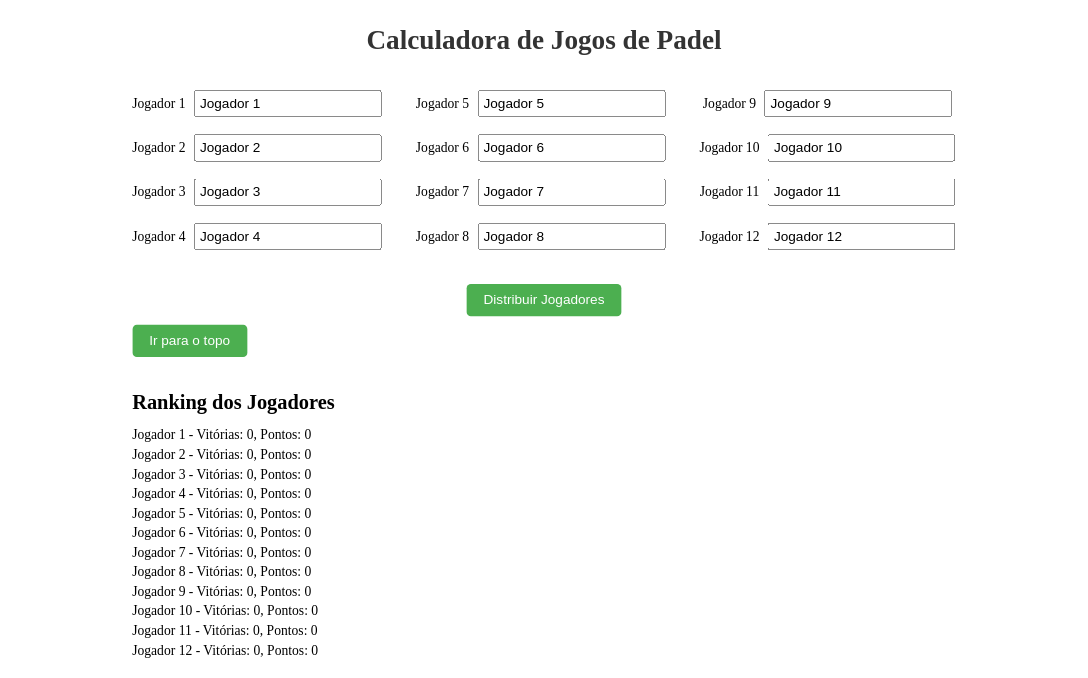
Repository: MarcioMiguel22/PadelMaster
Page: /calculadora
These files come from the project's save history. The page is drawn as it stood at one moment and after the next save; the edit follows.
The browser window is 1280 px wide. The pictures show the whole page, at 85% of full size.
The project was rebuilt for these pictures with package versions that can differ from the ones it lists, and the page was loaded fresh each time. Also part of the build but not shown: vite.config.ts, src/pages/Home/Home.tsx, src/index.css.

Above is the page before, as saved 2024-06-14 09:55:34.

After the next save:
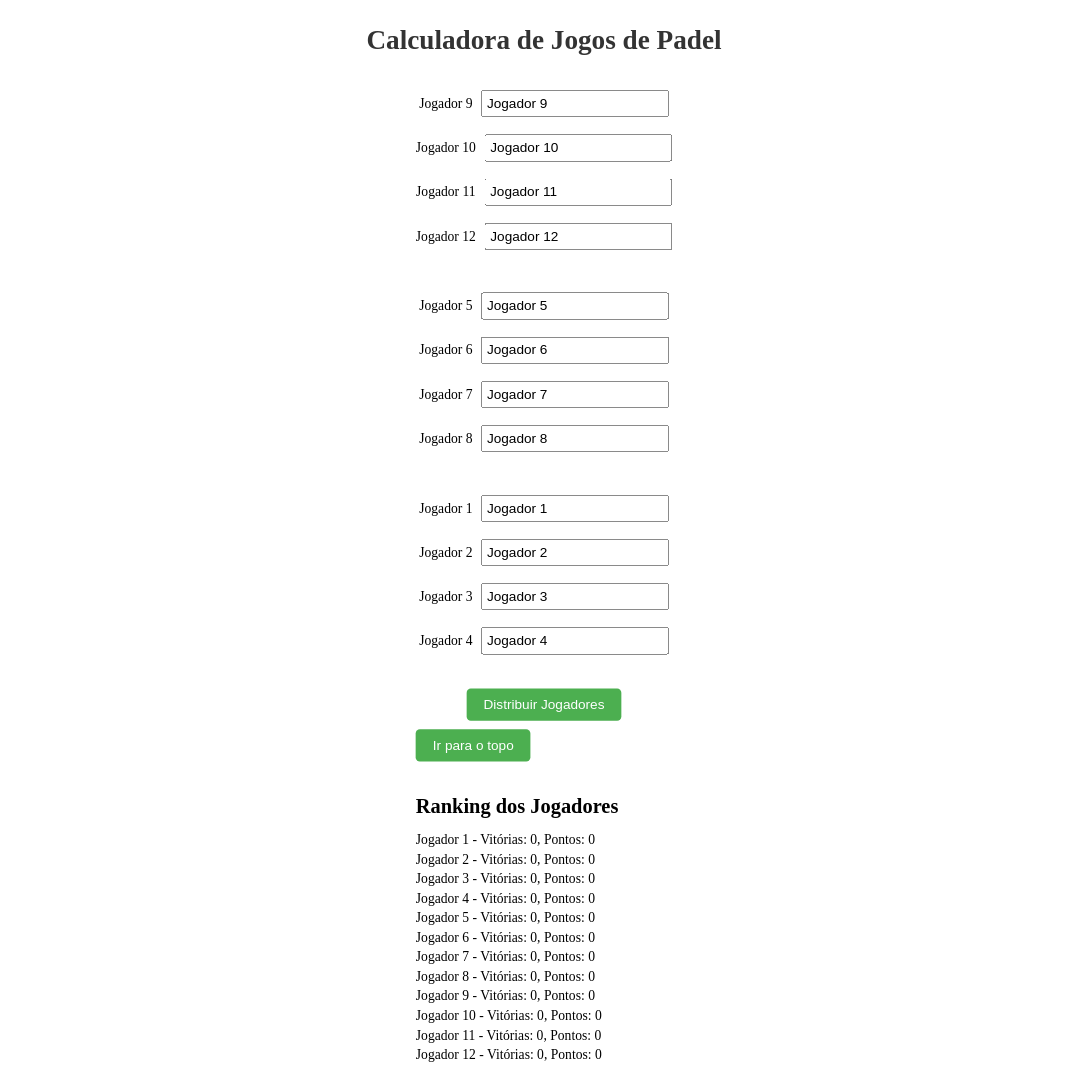
Saved 61 s later.
--- a/src/pages/Calculadora/Calculadora.css
+++ b/src/pages/Calculadora/Calculadora.css
@@ -16,7 +16,7 @@
 
 .jogadores-lista {
   display: flex;
-  flex-direction: row;
+  flex-direction: column-reverse;
   justify-content: space-between;
   gap: 40px;
   /* margin-bottom: 20px; */

After the save that followed:
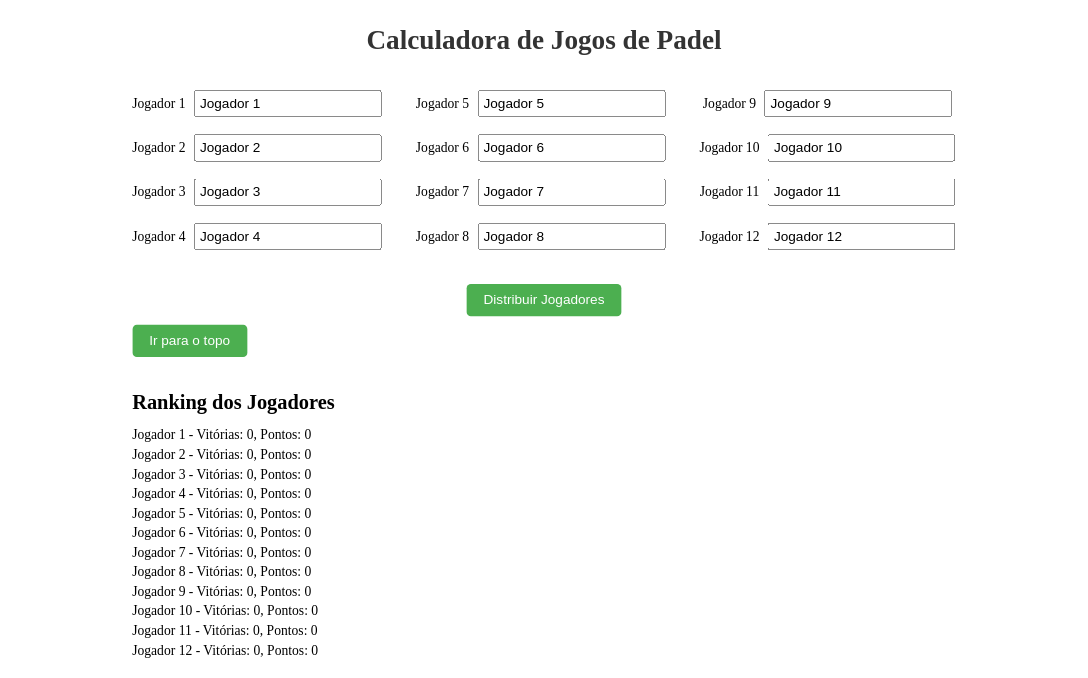
Saved 2 min 15 s later.
--- a/src/pages/Calculadora/Calculadora.css
+++ b/src/pages/Calculadora/Calculadora.css
@@ -16,8 +16,8 @@
 
 .jogadores-lista {
   display: flex;
-  flex-direction: column-reverse;
-  justify-content: space-between;
+  flex-direction: row;
+  justify-content: center;
   gap: 40px;
   /* margin-bottom: 20px; */
 
